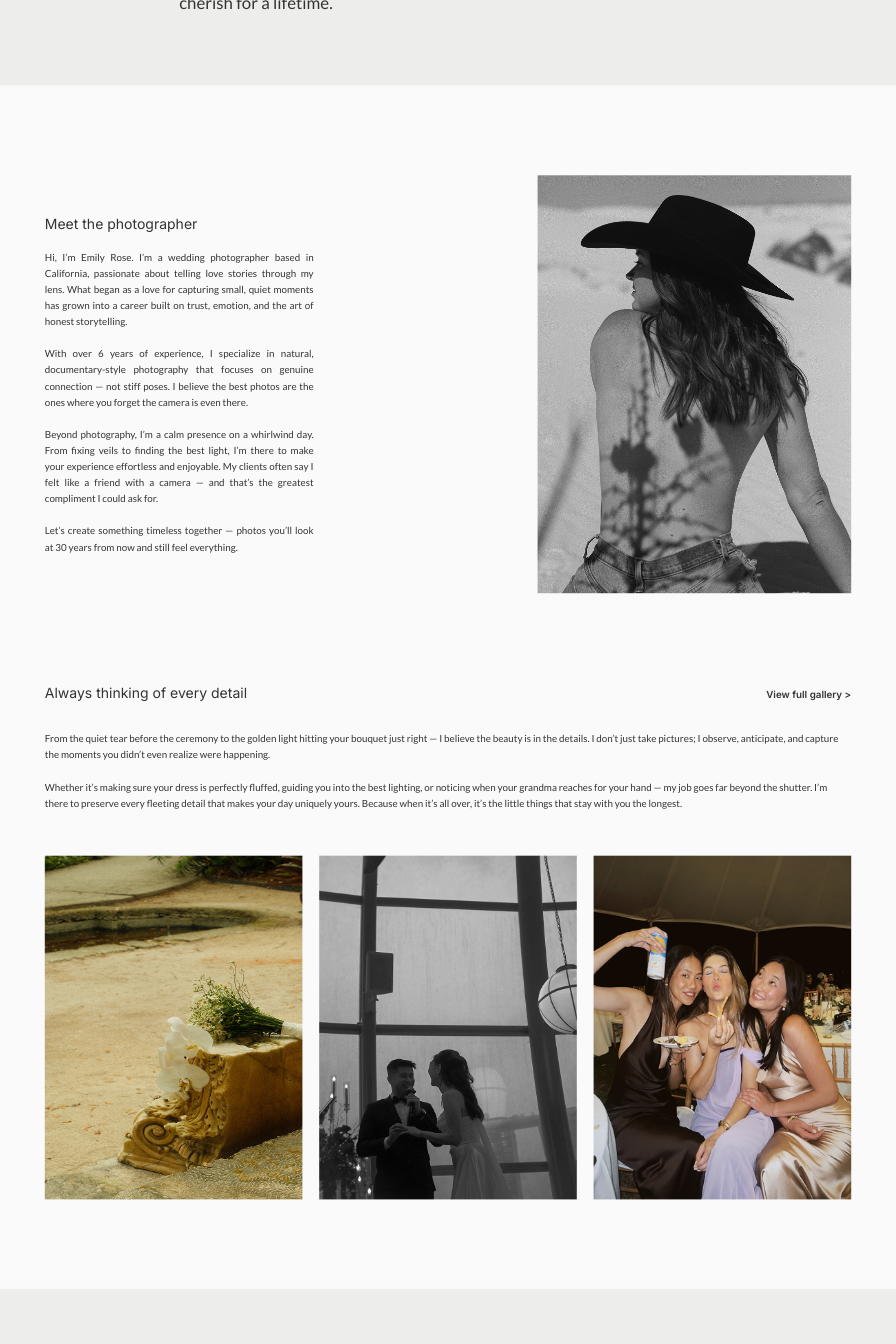
Repository: eduarda-magnago/wt-photography
Page: /
An editor plug-in stored every save of this project. The page is shown before and after the next save, followed by the edit.
The browser window is 1280 px wide. The pictures show the part of the page from y = 949 to 2869 px (the page is 3759 px tall before and 3881 px after), at 70% of full size.
Some web fonts or font styles are not loaded; a fallback is used. The project was rebuilt for these pictures with package versions that can differ from the ones it lists, and the page was loaded fresh each time. The framework's server and built-in components were replaced by stand-ins that run in the browser. Also part of the build but not shown: next.config.ts.

Above is the page before, as saved 2026-10-14 12:31:40.

### app/layout.tsx
import type { Metadata } from "next";
import { Inter, Lato, Cormorant_SC } from "next/font/google";
import Header from "@/components/layout/header";
import Footer from "@/components/layout/footer";
import "./globals.css";

const inter = Inter({
  subsets: ["latin"],
  variable: "--font-inter",
});

const lato = Lato({
  subsets: ["latin"],
  weight: ["300", "400", "700"],
  variable: "--font-lato",
});

const cormorant = Cormorant_SC({
  subsets: ["latin"],
  weight: ["300", "400", "500"],
  variable: "--font-cormorant",
});

export const metadata: Metadata = {
  title: "WT Timeless Photography",
  description: "Timeless wedding photography",
};

export default function RootLayout({
  children,
}: {
  children: React.ReactNode;
}) {
  return (
    <html
      lang="en"
      className={`${inter.variable} ${lato.variable} ${cormorant.variable}`}
    >
      <body className="font-sans antialiased">
        <Header />
        <main>{children}</main>
        <Footer />
      </body>
    </html>
  );
}

### app/page.tsx
import Hero from "@/components/hero";
import Intro from "@/components/home/intro";
import About from "@/components/home/about";
import Details from "@/components/home/details";
import Testimonials from "@/components/home/testimonials";

export default function Home() {
  return (
    <>
      <Hero
        eyebrow="Timeless Wedding Photography"
        title="Capturing the essence of your treasured moments"
        image="/img/hero-bg.jpg"
      />
      <Intro />
      <About />
      <Details />
      <Testimonials />
    </>
  );
}

### components/layout/header.tsx
"use client";

import { useState } from "react";
import Image from "next/image";
import Link from "next/link";

const navLinks = [
  { label: "Home", href: "/" },
  { label: "About me", href: "/#about" },
  { label: "Gallery", href: "/#gallery" },
  { label: "Testimonials", href: "/#testimonials" },
  { label: "Contact Us", href: "/contact#contact-form" },
];

export default function Header() {
  const [open, setOpen] = useState(false);

  return (
    <header className="absolute inset-x-0 top-0 z-30">
      <div className="flex items-start justify-between px-6 py-8 md:px-14">
        <ul className="flex items-center gap-3">
          <li>
            <a
              href="#"
              aria-label="Instagram"
              className="relative block h-[19px] w-[18px] transition-opacity hover:opacity-70"
            >
              <Image
                src="/img/instagram.png"
                alt=""
                fill
                sizes="18px"
                className="object-contain"
              />
            </a>
          </li>
          <li>
            <a
              href="#"
              aria-label="Facebook"
              className="relative block h-[18px] w-[18px] transition-opacity hover:opacity-70"
            >
              <Image
                src="/img/facebook.png"
                alt=""
                fill
                sizes="18px"
                className="object-contain"
              />
            </a>
          </li>
          <li>
            <a
              href="#"
              aria-label="YouTube"
              className="relative block h-[18px] w-[18px] transition-opacity hover:opacity-70"
            >
              <Image
                src="/img/youtube.png"
                alt=""
                fill
                sizes="18px"
                className="object-contain"
              />
            </a>
          </li>
          <li>
            <a
              href="#"
              aria-label="LinkedIn"
              className="relative block h-[18px] w-[18px] transition-opacity hover:opacity-70"
            >
              <Image
                src="/img/linkedin.png"
                alt=""
                fill
                sizes="18px"
                className="object-contain"
              />
            </a>
          </li>
        </ul>

        <button
          type="button"
          onClick={() => setOpen(true)}
          aria-label="Open menu"
          className="relative block h-6 w-9 transition-opacity hover:opacity-70"
        >
          <Image
            src="/img/menu.png"
            alt=""
            fill
            sizes="36px"
            className="object-contain"
          />
        </button>
      </div>

      {open && (
        <div className="fixed inset-0 z-40 flex items-center justify-center bg-ink/95">
          <button
            type="button"
            onClick={() => setOpen(false)}
            aria-label="Close menu"
            className="absolute right-6 top-8 text-3xl text-white md:right-14"
          >
            ✕
          </button>
          <nav>
            <ul className="flex flex-col items-center gap-8">
              {navLinks.map((link) => (
                <li key={link.label}>
                  <Link
                    href={link.href}
                    onClick={() => setOpen(false)}
                    className="font-heading text-2xl text-white"
                  >
                    {link.label}
                  </Link>
                </li>
              ))}
            </ul>
          </nav>
        </div>
      )}
    </header>
  );
}

### components/layout/footer.tsx
import Image from "next/image";
import Link from "next/link";

const exploreLinks = [
  { label: "Home", href: "/" },
  { label: "About me", href: "/#about" },
  { label: "Gallery", href: "/#gallery" },
  { label: "Testimonials", href: "/#testimonials" },
  { label: "Contact Us", href: "/contact#contact-form" },
];

export default function Footer() {
  return (
    <footer>
      <div className="bg-ink px-6 py-16 text-sm text-white md:px-14">
        <div className="mx-auto max-w-5xl">
          <div className="border-t border-white/30 pt-12">
            <div className="grid gap-12 md:grid-cols-[1fr_auto_auto] md:gap-20">
              <div>
                <Image
                  src="/img/logo.png"
                  alt="WT Timeless Photography"
                  width={240}
                  height={110}
                />
                <p className="mt-6 max-w-xs">
                  With a natural and artistic approach, we create photographs
                  that reflect everything.
                </p>
                <ul className="mt-6 flex items-center gap-3">
                  <li>
                    <a href="#" aria-label="Instagram" className="transition-opacity hover:opacity-70">
                      <Image src="/img/instagram.png" alt="" width={18} height={18} />
                    </a>
                  </li>
                  <li>
                    <a href="#" aria-label="Facebook"
                      className="relative block h-[18px] w-[18px] transition-opacity hover:opacity-70"
                    >
                      <Image src="/img/facebook.png" alt="" fill sizes="18px" className="object-contain"/>
                    </a>
                  </li>
                  <li>
                    <a href="#" aria-label="YouTube" className="transition-opacity hover:opacity-70">
                      <Image src="/img/youtube.png" alt="" width={18} height={18} />
                    </a>
                  </li>
                  <li>
                    <a href="#" aria-label="LinkedIn" className="transition-opacity hover:opacity-70">
                      <Image src="/img/linkedin.png" alt="" width={18} height={18} />
                    </a>
                  </li>
                </ul>
              </div>

              <div>
                <h3 className="mb-6 text-xs uppercase tracking-widest">
                  Explore
                </h3>
                <ul className="space-y-2">
                  {exploreLinks.map((link) => (
                    <li key={link.label}>
                      <Link href={link.href}>{link.label}</Link>
                    </li>
                  ))}
                </ul>
              </div>

              <div>
                <h3 className="mb-6 text-xs uppercase tracking-widest">
                  Enquiries
                </h3>
                <address className="not-italic leading-relaxed">
                  641 Route de Gibannaz
                  <br />
                  Les Gets
                  <br />
                  74260
                </address>
                <div className="mt-6 flex flex-col gap-1 underline">
                  <a href="tel:+33685204809">+33 (0)6 85 20 48 09</a>
                  <a href="tel:+447967728009">+44 (0)7967 728009</a>
                </div>
                <a
                  href="mailto:info@weddingphoto.com"
                  className="mt-6 block underline"
                >
                  info@weddingphoto.com
                </a>
              </div>
            </div>

            <div className="mt-16 flex flex-col gap-4 border-t border-white/30 pt-6 text-xs md:flex-row md:justify-between">
              <p>
                Designed &amp; developed by{" "}
                <a href="https://www.instagram.com/webstudio.em" target="_blank" rel="noopener noreferrer" className="underline">
                  EM Studio
                </a>
              </p>
              <div className="flex gap-6 underline">
                <a href="#">Terms &amp; Conditions</a>
                <a href="#">Privacy Policy</a>
              </div>
            </div>
          </div>
        </div>
      </div>
      <p className="bg-neutral-200 px-6 py-5 text-center text-xs uppercase tracking-wide">
        © WT Timeless Photography 2026 - All the rights reserved.
      </p>
    </footer>
  );
}

### app/globals.css
@import "tailwindcss";

@theme inline {
  --font-sans: var(--font-lato);
  --font-heading: var(--font-inter);
  --font-hero: var(--font-cormorant);

  --color-ink: #333333;
  --color-sand: #ededeb;
  --color-paper: #fafafa;
  --color-blush: #f4e6dc;
}

html {
  scroll-behavior: smooth;
}

body {
  background: var(--color-paper);
  color: var(--color-ink);
}

### components/hero.tsx
import Image from "next/image";
import Link from "next/link";

type HeroProps = {
  eyebrow: string;
  title: string;
  image: string;
  ctaLabel?: string;
  ctaHref?: string;
};

export default function Hero({
  eyebrow,
  title,
  image,
  ctaLabel = "Explore our gallery",
  ctaHref = "/#gallery",
}: HeroProps) {
  return (
    <section className="relative flex h-[70vh] min-h-[715px] items-center justify-center overflow-hidden">
      <Image
        src="/img/hero.png"
        alt=""
        fill
        priority
        sizes="100vw"
        className="object-cover"
      />
      <div className="absolute inset-0 bg-black/20" />
      <div className="relative z-10 flex max-w-3xl flex-col items-center px-6 text-center text-white">
        <p className="mb-4 text-sm">{eyebrow}</p>
        <h1 className="font-hero text-5xl leading-[0.9] md:text-7xl">
          {title}
        </h1>
        <Link
          href={ctaHref}
          className="mt-8 border-b border-white pb-1 text-xs uppercase tracking-wider"
        >
          {ctaLabel}
        </Link>
      </div>
    </section>
  );
}

### components/home/intro.tsx
export default function Intro() {
  return (
    <section className="bg-sand px-6 py-22 md:py-25">
      <p className="mx-auto max-w-3xl text-justify text-xl leading-relaxed md:text-2xl">
        Your love story is one of a kind, filled with genuine emotions,
        meaningful details, and unforgettable moments. Our passion is to
        preserve those fleeting seconds and transform them into timeless images
        that you will cherish for a lifetime.
      </p>
    </section>
  );
}

### components/home/about.tsx
import Image from "next/image";

export default function About() {
  return (
    <section id="about" className="bg-paper px-6 py-24 md:px-14 md:py-32">
      <div className="mx-auto grid max-w-6xl items-center gap-12 md:grid-cols-2 text-justify">
        <div className="max-w-sm space-y-6 text-sm leading-relaxed">
          <h2 className="font-heading text-xl">Meet the photographer</h2>
          <p>
            Hi, I’m Emily Rose. I’m a wedding photographer based in California,
            passionate about telling love stories through my lens. What began
            as a love for capturing small, quiet moments has grown into a
            career built on trust, emotion, and the art of honest storytelling.
          </p>
          <p>
            With over 6 years of experience, I specialize in natural,
            documentary-style photography that focuses on genuine connection —
            not stiff poses. I believe the best photos are the ones where you
            forget the camera is even there.
          </p>
          <p>
            Beyond photography, I’m a calm presence on a whirlwind day. From
            fixing veils to finding the best light, I’m there to make your
            experience effortless and enjoyable. My clients often say I felt
            like a friend with a camera — and that’s the greatest compliment I
            could ask for.
          </p>
          <p>
            Let’s create something timeless together — photos you’ll look at 30
            years from now and still feel everything.
          </p>
        </div>

        <div className="relative aspect-[3/4] w-full md:max-w-md md:justify-self-end">
          <Image
            src="/img/about.png"
            alt="Wedding photographer picture"
            fill
            sizes="(min-width: 768px) 28rem, 100vw"
            className="object-cover"
          />
        </div>
      </div>
    </section>
  );
}

### components/home/details.tsx
import Image from "next/image";
import Link from "next/link";

const photos = [
  { src: "/img/detail1.png", alt: "Bouquet resting on a golden ornament" },
  { src: "/img/detail2.png", alt: "Couple dancing by a large window" },
  { src: "/img/detail3.png", alt: "Bridesmaids laughing together" },
];

export default function Details() {
  return (
    <section id="gallery" className="bg-paper px-6 pb-24 md:px-14 md:pb-32">
      <div className="mx-auto max-w-6xl">
        <div className="flex items-baseline justify-between">
          <h2 className="font-heading text-xl">
            Always thinking of every detail
          </h2>
          <Link href="/#gallery" className="font-heading text-sm font-semibold">
            View full gallery &gt;
          </Link>
        </div>

        <div className="mt-10 space-y-6 text-sm leading-relaxed">
          <p>
            From the quiet tear before the ceremony to the golden light hitting
            your bouquet just right — I believe the beauty is in the details. I
            don’t just take pictures; I observe, anticipate, and capture the
            moments you didn’t even realize were happening.
          </p>
          <p>
            Whether it’s making sure your dress is perfectly fluffed, guiding
            you into the best lighting, or noticing when your grandma reaches
            for your hand — my job goes far beyond the shutter. I’m there to
            preserve every fleeting detail that makes your day uniquely yours.
            Because when it’s all over, it’s the little things that stay with
            you the longest.
          </p>
        </div>

        <div className="mt-16 grid gap-6 md:grid-cols-3">
          {photos.map((photo) => (
            <div key={photo.src} className="relative aspect-[3/4]">
              <Image
                src={photo.src}
                alt={photo.alt}
                fill
                sizes="(min-width: 768px) 33vw, 100vw"
                className="object-cover"
              />
            </div>
          ))}
        </div>
      </div>
    </section>
  );
}

### components/home/testimonials.tsx
"use client";

import { useState } from "react";
import Image from "next/image";

const testimonials = [
  {
    name: "Anna C.",
    image: "/img/testimonial.png",
    quote:
      "I had a very amazing contracting WP for my wedding. They are super kind team and I always felt I could trust 100% in their work. When I received the pictures I was more surprised than I imagined, really good quality! No regrets.",
  },
];

export default function Testimonials() {
  const [index, setIndex] = useState(0);
  const current = testimonials[index];

  function next() {
    setIndex((prev) => (prev + 1) % testimonials.length);
  }

  return (
    <section id="testimonials" className="bg-sand px-6 py-20 md:px-14">
      <div className="mx-auto grid max-w-5xl items-center gap-10 md:grid-cols-[auto_1fr] md:gap-16">
        <div className="relative h-48 w-48 overflow-hidden rounded-full md:h-56 md:w-56">
          <Image
            src={current.image}
            alt={current.name}
            fill
            sizes="224px"
            className="object-cover"
          />
        </div>

        <div>
          <h3 className="font-heading text-xl">{current.name}</h3>
          <blockquote className="mt-4 text-justify text-lg leading-relaxed">
            “{current.quote}”
          </blockquote>
          <button
            type="button"
            onClick={next}
            className="font-heading mt-8 ml-auto block text-sm font-semibold"
          >
            {index + 1}/{testimonials.length} &gt;
          </button>
        </div>
      </div>
    </section>
  );
}

After the next save:
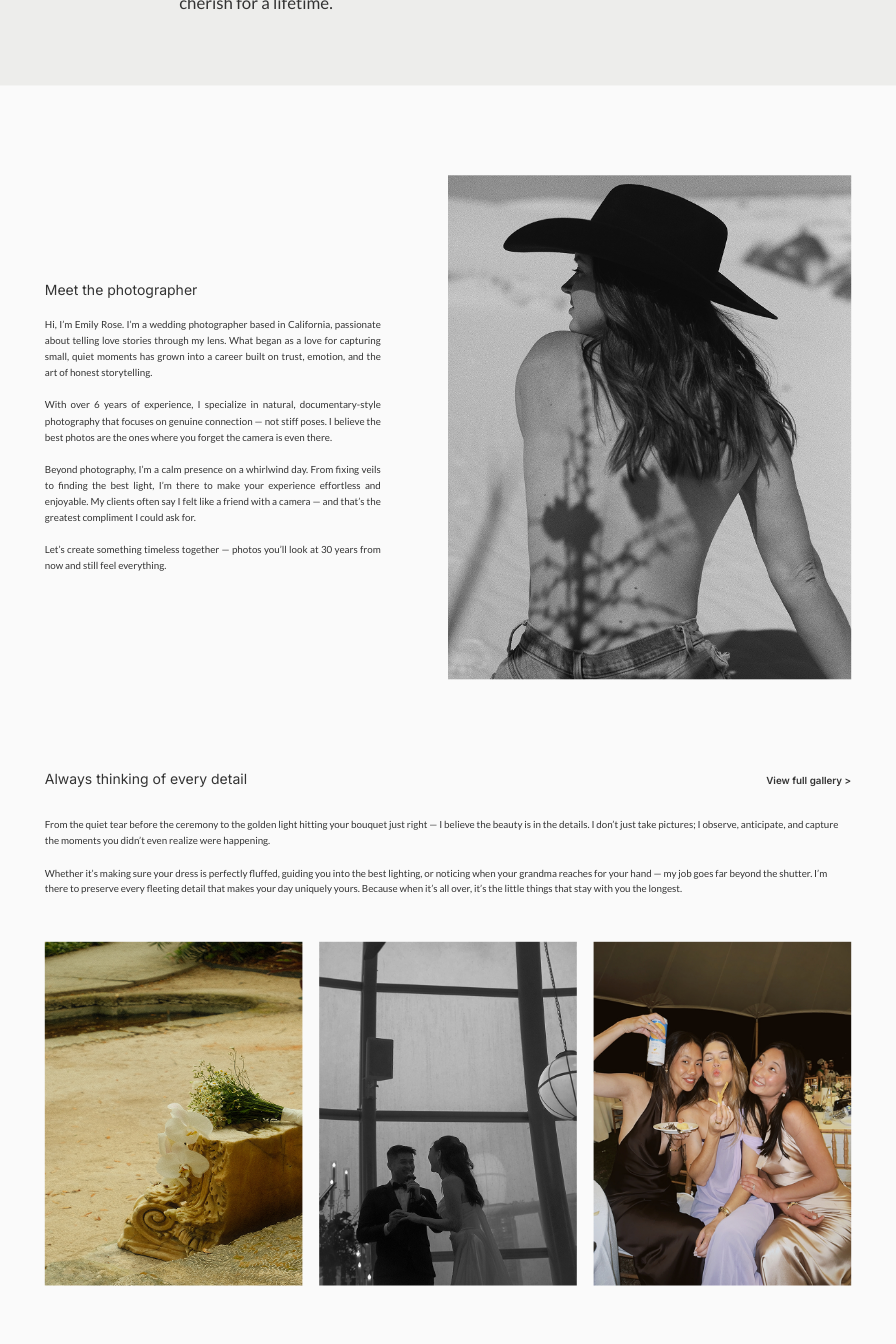
Saved 5 min 42 s later.
--- a/components/home/about.tsx
+++ b/components/home/about.tsx
@@ -3,8 +3,8 @@ import Image from "next/image";
 export default function About() {
   return (
     <section id="about" className="bg-paper px-6 py-24 md:px-14 md:py-32">
-      <div className="mx-auto grid max-w-6xl items-center gap-12 md:grid-cols-2 text-justify">
-        <div className="max-w-sm space-y-6 text-sm leading-relaxed">
+      <div className="mx-auto grid max-w-6xl items-center gap-12 md:grid-cols-[1fr_1.2fr] md:gap-x-24">
+        <div className="space-y-6 text-justify text-sm leading-relaxed">
           <h2 className="font-heading text-xl">Meet the photographer</h2>
           <p>
             Hi, I’m Emily Rose. I’m a wedding photographer based in California,
@@ -31,12 +31,12 @@ export default function About() {
           </p>
         </div>
 
-        <div className="relative aspect-[3/4] w-full md:max-w-md md:justify-self-end">
+        <div className="relative aspect-[4/5] w-full">
           <Image
             src="/img/about.png"
             alt="Wedding photographer picture"
             fill
-            sizes="(min-width: 768px) 28rem, 100vw"
+            sizes="(min-width: 768px) 576px, 100vw"
             className="object-cover"
           />
         </div>
